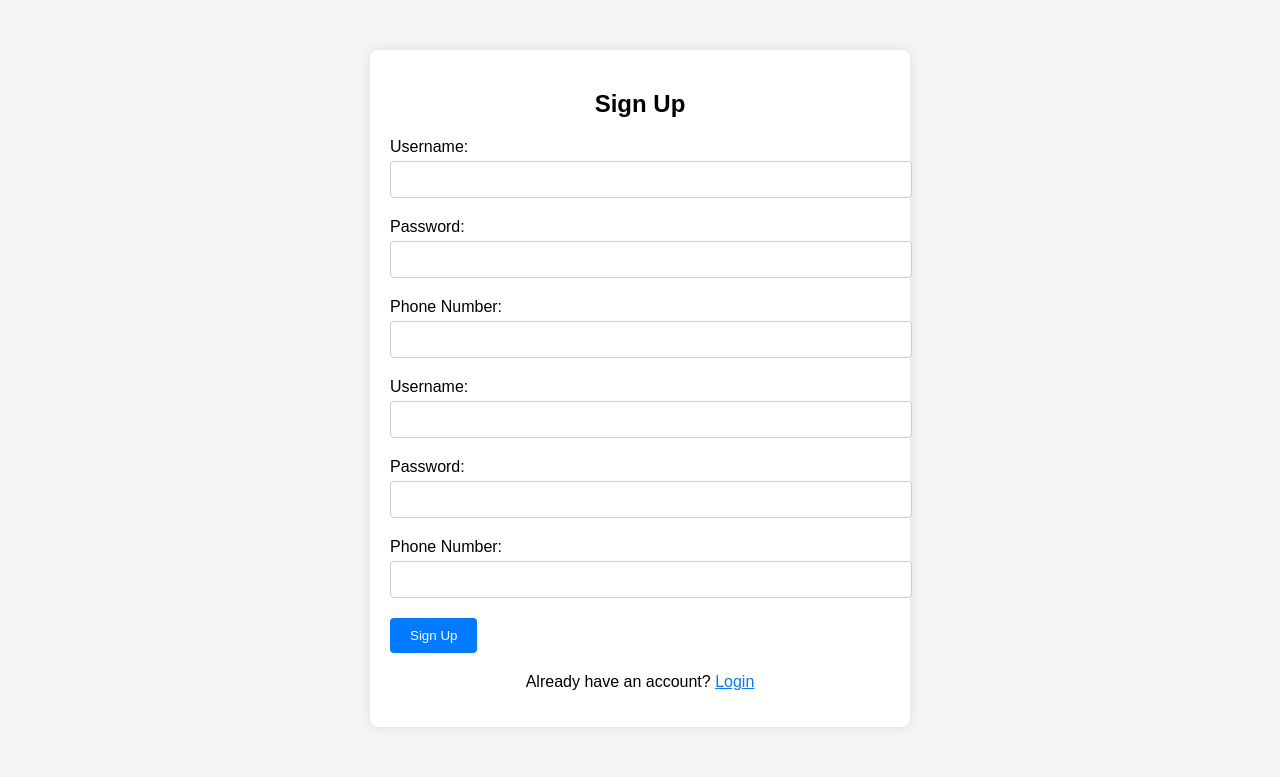
Repository: suryavishakan/parking_management
Page: http://localhost/signup
The author's editor kept a copy of each file at every save. The page is drawn from the files as they stood at one save, then again after the next save.
The browser window is 1280 px wide. The pictures show the whole page.
The page is served by the project's application, run on Flask 3 (app.py).

Above is the page before, as saved 2024-04-20 13:27:55.

### templates/signup.html
<!-- signup.html -->

<!DOCTYPE html>
<html lang="en">
<head>
    <meta charset="UTF-8">
    <meta name="viewport" content="width=device-width, initial-scale=1.0">
    <title>Sign Up</title>
    <style>
        body {
            font-family: Arial, sans-serif;
            margin: 0;
            padding: 0;
            background-color: #f4f4f4;
        }
        .container {
            width: 100%;
            max-width: 500px;
            margin: 50px auto;
            padding: 20px;
            background-color: #fff;
            border-radius: 8px;
            box-shadow: 0 0 10px rgba(0, 0, 0, 0.1);
        }
        h2 {
            text-align: center;
            margin-bottom: 20px;
        }
        form {
            margin-bottom: 20px;
        }
        label {
            display: block;
            margin-bottom: 5px;
        }
        input[type="text"],
        input[type="password"],
        input[type="phoneNumber"] {
            width: 100%;
            padding: 10px;
            margin-bottom: 20px;
            border: 1px solid #ccc;
            border-radius: 4px;
        }
        button[type="submit"] {
            background-color: #007bff;
            color: #fff;
            border: none;
            padding: 10px 20px;
            border-radius: 4px;
            cursor: pointer;
        }
        button[type="submit"]:hover {
            background-color: #0056b3;
        }
        p {
            text-align: center;
        }
        a {
            color: #007bff;
        }
    </style>
</head>
<body>
    <div class="container">
        <h2>Sign Up</h2>
        {% with messages = get_flashed_messages() %}
            {% if messages %}
                <ul>
                    {% for message in messages %}
                        <li>{{ message }}</li>
                    {% endfor %}
                </ul>
            {% endif %}
        {% endwith %}
        <form action="{{ url_for('signup') }}" method="POST">
            <label for="username">Username:</label>
            <input type="text" id="username" name="username" required>
            <label for="password">Password:</label>
            <input type="password" id="password" name="password" required>
            <label for="phoneNumber">Phone Number:</label>
            <input type="phoneNumber" id="phoneNumber" name="phoneNumber" required>
            <label for="username">Username:</label>
            <input type="text" id="userId" name="userId" required>
            <label for="password">Password:</label>
            <input type="password" id="password" name="password" required>
            <label for="phoneNumber">Phone Number:</label>
            <input type="phoneNumber" id="phoneNumber" name="phoneNumber" required>
            <button type="submit">Sign Up</button>
        </form>
        <p>Already have an account? <a href="{{ url_for('login') }}">Login</a></p>
    </div>
</body>
</html>

### app.py
from flask import Flask, Response, request, render_template, jsonify, redirect, url_for, request, flash, session
import pymongo
import secrets
import json
from bson.objectid import ObjectId
from bson.json_util import dumps
from functools import wraps

app=Flask(__name__ , template_folder='templates')
app.secret_key = secrets.token_hex(32)

try:
    mongo = pymongo.MongoClient(
        host = 'localhost',
        port = 27017,
        serverSelectionTimeoutMS = 1000
    )
    db = mongo.ParkingManagementSystemDb #connect to mongodb1
    users_collection = db.admin
    user_collection = db["customer"]
    #cart_collection = db["cart"]
    mongo.server_info() #trigger exception if cannot connect to db
except:
    print("Error connecting to MongoDB")

@app.route('/get/admin', methods=['GET'])
def displayall():
  try:
    documents = db.admin.find()
    output = [{item: data[item] for item in data if item != '_id'} for data in documents]
    return jsonify(output)
  except Exception as ex:
    response = Response("Search Records Error!!",status=500,mimetype='application/json')
    return response

# Route for signup page
@app.route('/signup', methods=['GET', 'POST'])
def signup():
    if request.method == 'POST':
        # Get form data
        username = request.form['username']
        password = request.form['password']

        # Check if username already exists
        if user_collection.find_one({'username': username}):
            flash('Username already exists. Please choose a different one.', 'error')
            return redirect(url_for('signup'))

        # Insert user data into database
        user_data = {'username': username, 'password': password}
        user_collection.insert_one(user_data)

        flash('Signup successful. You can now login.', 'success')
        return redirect(url_for('login'))

    return render_template('signup.html')

# Route to get an employee by name
@app.route('/get/user/<user_name>', methods=['GET'])
def get_user_by_name(user_name):
    try:
        # Using a case-insensitive query to match employee name
        document = db.user.find_one({"user_name": {"$regex": f'^{user_name}$', "$options": 'i'}})

        if document:
            # Exclude _id field from the response
            output = {item: document[item] for item in document if item != '_id'}
            return jsonify(output)
        else:
            return Response("USER not found", status=404, mimetype='application/json')

    except Exception as ex:
        app.logger.error(f"Error retrieving user by name: {ex}")
        return Response("Internal Server Error", status=500, mimetype='application/json')

# Route to get all employees
@app.route('/get/allusers', methods=['GET'])
def get_all_users():
    try:
        # Fetch all documents from the 'employee' collection
        documents = db.user.find()

        # Format the response excluding the _id field
        output = [{item: data[item] for item in data if item != '_id'} for data in documents]

        return jsonify(output)

    except Exception as ex:
        app.logger.error(f"Error retrieving all employees: {ex}")
        return Response("Internal Server Error", status=500, mimetype='application/json')

# Route to update employee details by name
@app.route('/update/user/<user_name>', methods=['PUT'])
def update_user_by_name(user_name):
    try:
        # Using a case-insensitive query to match employee name
        result = db.user.update_one(
            {"employee_name": {"$regex": f'^{user_name}$', "$options": 'i'}},
            {"$set": request.get_json()}
        )

        if result.modified_count > 0:
            return Response("User details updated successfully", status=200, mimetype='application/json')
        else:
            return Response("User not found", status=404, mimetype='application/json')

    except Exception as ex:
        app.logger.error(f"Error updating User details by name: {ex}")
        return Response("Internal Server Error", status=500, mimetype='application/json')

@app.route('/')
def homePage():
    try:
        # Fetch all products from the database
        products_cursor = db.product.find()

        # Convert the cursor to a list of dictionaries
        products = list(products_cursor)

        return render_template('homePage.html', products=products)
    except Exception as ex:
        app.logger.error(f"Error fetching products: {ex}")
        flash('Error fetching products', 'error')
        return render_template('homePage.html', products=[])

# Flask route to render the profile page
@app.route('/profile')
def profile():
    try:
        # Assuming you have a collection named 'users' in your MongoDB
        # Fetch user details from the 'users' collection
        user = db.user.find_one({'username': session['username']})

        if user:
            # Render the profile template with the user details
            return render_template('profile.html', user=user)
        else:
            flash('User details not found', 'error')
            return redirect(url_for('login'))
    except Exception as ex:
        app.logger.error(f"Error fetching user details: {ex}")
        flash('Error fetching user details', 'error')
        return redirect(url_for('login'))

@app.route('/select_user_type', methods=['POST'])
def select_user_type():
    user_type = request.form.get('userType')

    if user_type == 'admin':
        return redirect(url_for('login'))
    elif user_type == 'user':
        return redirect(url_for('login'))
    else:
        flash('Invalid user type selected', 'error')
        return redirect(url_for('index'))

# Update the Flask route for handling login
@app.route('/login', methods=['GET', 'POST'])
def login():
    if request.method == 'POST':
        username = request.form.get('username')
        password = request.form.get('password')

        # Query MongoDB for admin details
        admin_user = users_collection.find_one({'username': username, 'password': password})

        if admin_user:
            # Store admin credentials in the session
            session['username'] = username
            session['password'] = password

            return redirect(url_for('admin_panel'))
        else:
            # Query MongoDB for user details
            user_user = db.user.find_one({'username': username, 'password': password})

            if user_user:
                # Store user credentials in the session
                session['username'] = username
                session['password'] = password

                return redirect(url_for('user_details'))
            else:
                flash('Invalid username or password', 'error')

    return render_template('login.html')


# New route for employee details
@app.route('/user_details')
def user_details():
    # Check if user is authenticated as an employee
    try:
    # if 'username' in session and 'password' in session == 'employee':
        # Fetch employee details based on the stored credentials
        user = db.user.find_one({'username': session['username'], 'password': session['password']})

        if user:
            return render_template('user_details.html', user=user)
        else:
            flash('Unauthorized access', 'error')
            return redirect(url_for('login'))

    except Exception as ex:
        app.logger.error(f"Error fetching user data: {ex}")
        flash(f'Error fetching user data: {ex}', 'error')

    return render_template('user_details.html', user={})

# Route to render the update employee page
@app.route('/update_user/<user_name>', methods=['GET', 'POST'])
def update_user_page(user_name):
    try:
        # Fetch the employee details from the database using the employee name
        user = db.user.find_one({"user_name": {"$regex": f'^{user_name}$', "$options": 'i'}})

        if user:
            # Render the update employee page with the employee details
            return render_template('update_user.html', user=user)
        else:
            return Response("User not found", status=404, mimetype='application/json')

    except Exception as ex:
        app.logger.error(f"Error rendering update_user page: {ex}")
        return Response("Internal Server Error", status=500, mimetype='application/json')

# Route to handle the form submission for updating employee details
@app.route('/submit_update_user/<user_name>', methods=['POST'])
def submit_update_user(user_name):
    try:
        # Use the employee name parameter to identify the employee being updated
        user_name = user_name

        # Update the employee details in the database using request.form.to_dict()
        updated_user_data = request.form.to_dict()

        # Assuming you have a 'employee' collection in your MongoDB
        result = db.user.update_one(
            {"user_name": {"$regex": f'^{user_name}$', "$options": 'i'}},
            {"$set": request.form.to_dict()}
        )

        if result.modified_count > 0:
            flash('user details updated successfully', 'success')
        else:
            flash('user not found', 'error')

    except Exception as ex:
        app.logger.error(f"Error updating user details: {ex}")
        flash('Error updating user details', 'error')

    # Redirect to the admin page after the update
    return redirect(url_for('admin'))

# Route for admin panel
@app.route('/admin', methods=['GET', 'POST'])
def admin_panel():
    if 'username' in session and 'password' in session:
        # Check if the user is an admin
        admin_user = users_collection.find_one({'username': session['username'], 'password': session['password']})
        if admin_user:
            # Render the admin panel page
            return render_template('admin.html')

    # If user is not authenticated or not an admin, redirect to login page
    flash('Unauthorized access', 'error')
    return redirect(url_for('login'))


if __name__ == '__main__':
    app.run(port=5000, debug=True)

After the next save:
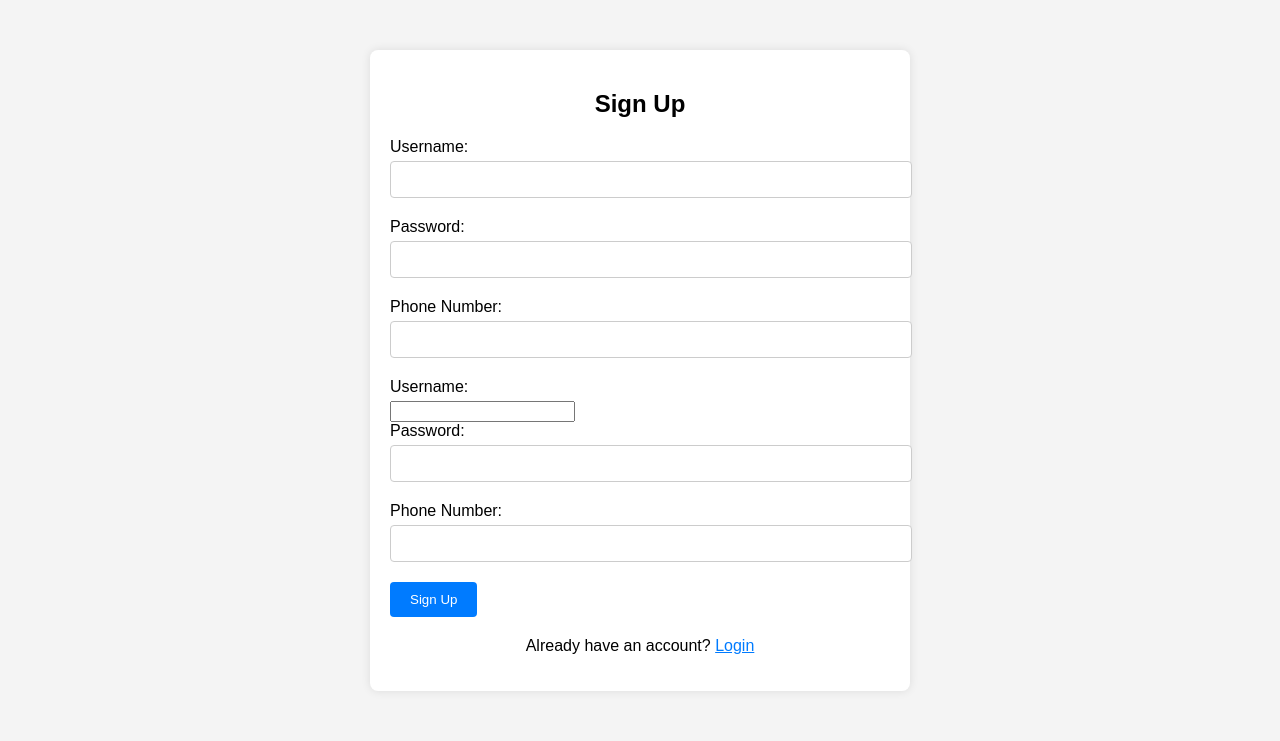
Saved 27 s later.
--- a/templates/signup.html
+++ b/templates/signup.html
@@ -81,7 +81,7 @@
             <label for="phoneNumber">Phone Number:</label>
             <input type="phoneNumber" id="phoneNumber" name="phoneNumber" required>
             <label for="username">Username:</label>
-            <input type="text" id="userId" name="userId" required>
+            <input type="number" id="userId" name="userId" required>
             <label for="password">Password:</label>
             <input type="password" id="password" name="password" required>
             <label for="phoneNumber">Phone Number:</label>

After the 6 saves that followed:
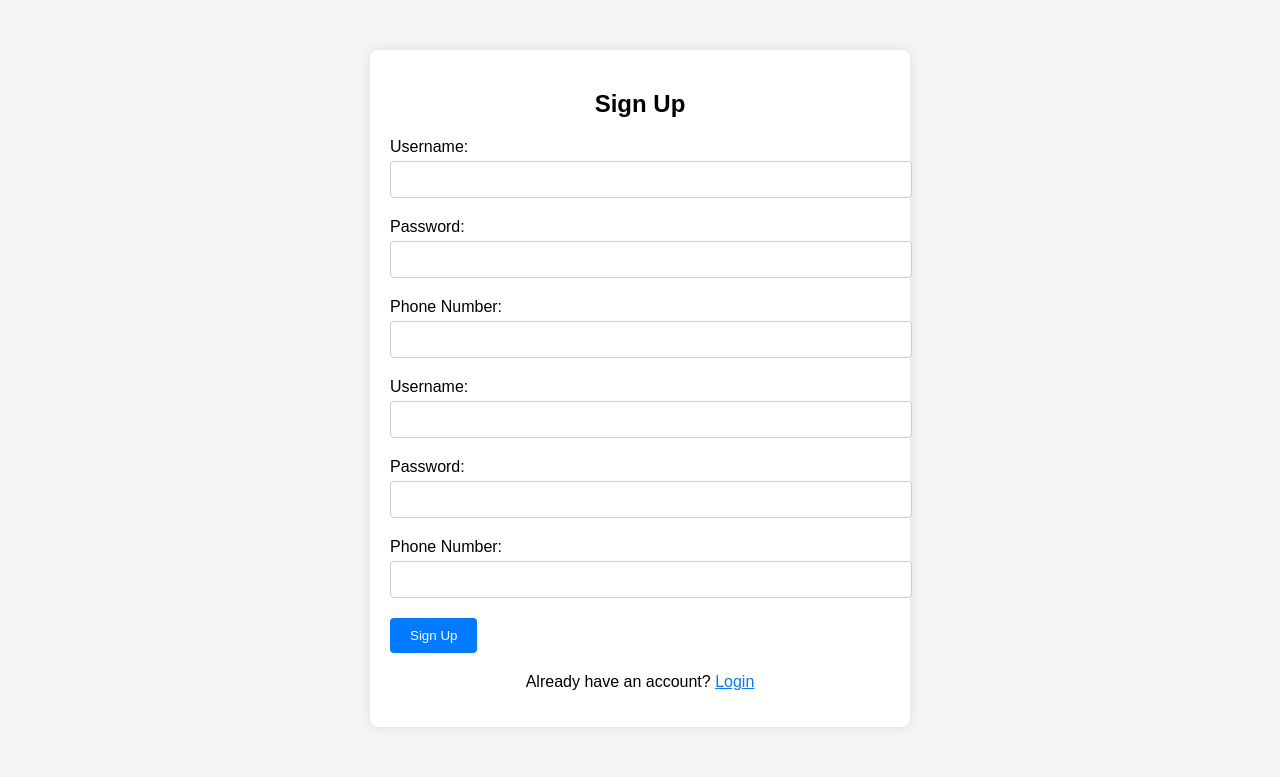
The 6 saves are shown as one change because 1 left the picture as it was and some came seconds apart.
The last was saved 33 s later.
--- a/templates/signup.html
+++ b/templates/signup.html
@@ -81,7 +81,7 @@
             <label for="phoneNumber">Phone Number:</label>
             <input type="phoneNumber" id="phoneNumber" name="phoneNumber" required>
             <label for="username">Username:</label>
-            <input type="number" id="userId" name="userId" required>
+            <input type="text" id="user" name="username" required>
             <label for="password">Password:</label>
             <input type="password" id="password" name="password" required>
             <label for="phoneNumber">Phone Number:</label>
